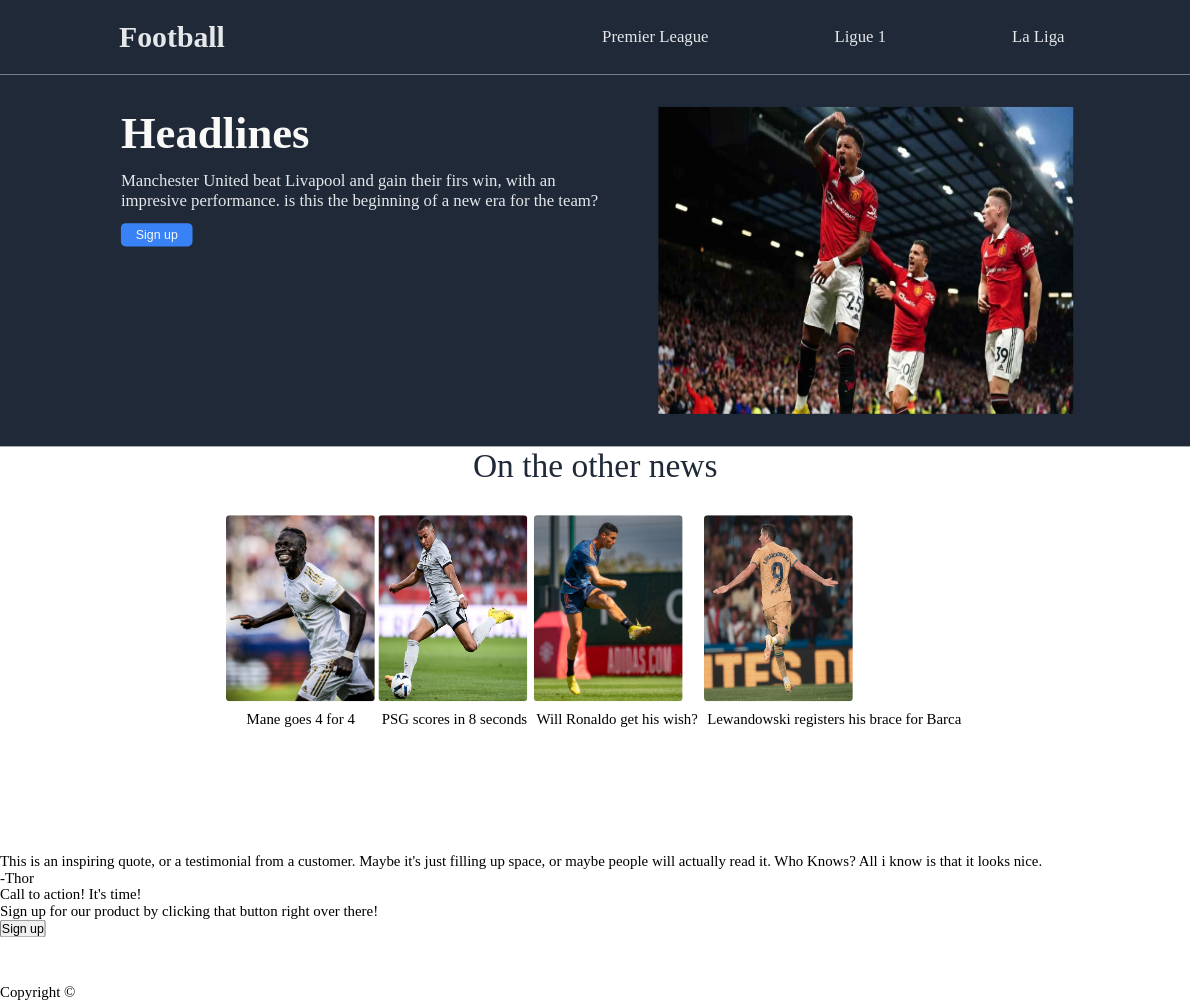
Repository: MhlengiNgubane/Brainnest_CSS
Page: index.html
The author's editor kept a copy of each file at every save. The page is drawn from the files as they stood at one save, then again after a run of saves.
The browser window is 1280 px wide. The pictures show the whole page, at 93% of full size.

Above is the page before, as saved 2022-08-28 00:22:13.

After the next 3 saves:
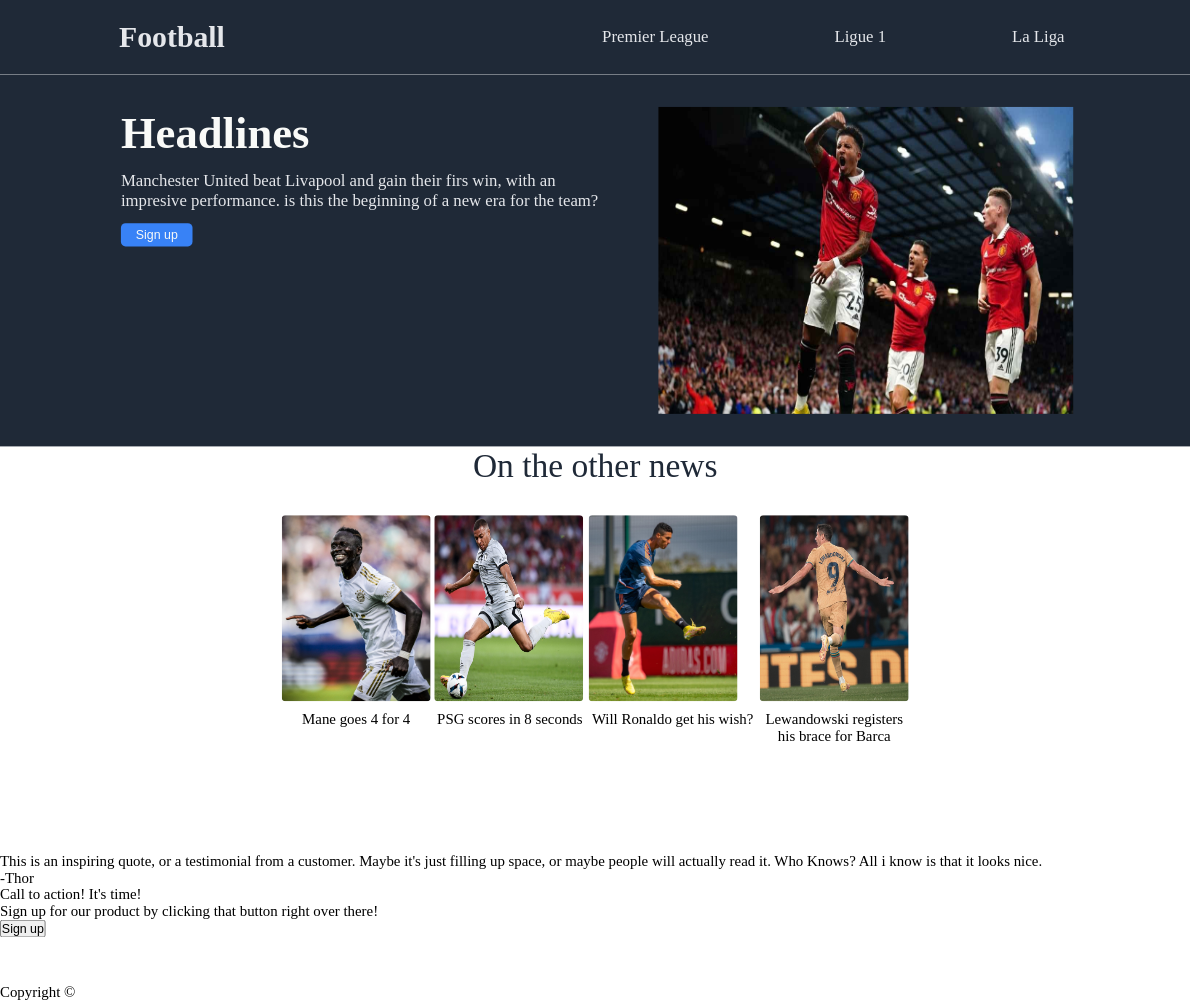
The 3 saves are shown as one change because they came seconds apart.
The last was saved 29 s later.
--- a/index.html
+++ b/index.html
@@ -72,7 +72,7 @@
                     alt="Robert Lewandowski"
                 />
                 <figcaption>
-                    <p>Lewandowski registers his brace for Barca</p>
+                    <p>Lewandowski registers<br/> his brace for Barca</p>
                 </figcaption>
             </figure>
         </section>
